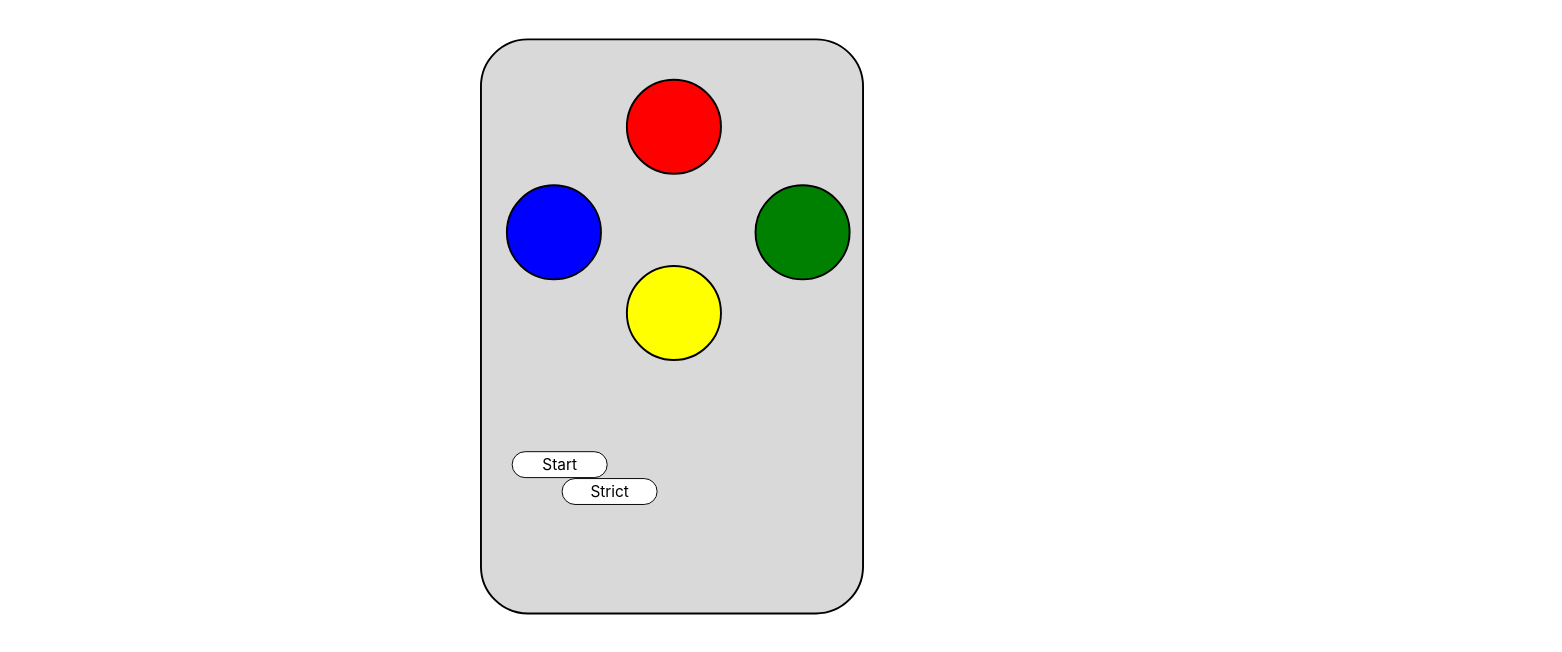
Repository: Code-Institute-Submissions/The-Simon-Game
Page: index.html
The author's editor kept a record of every edit. The page is drawn from the files as they stood at one moment, then again after the next edit.
The browser window is 1280 px wide. The page is 1280 px wide, then 1627 px, so the pictures cover 1627 px, including what lies to the right of the window. The pictures show the whole page, at 96% of full size.

Above is the page before.

### index.html
<!DOCTYPE html>
<html lang="en">

<head>
    <meta charset="UTF-8">
    <meta name="viewport" content="width=device-width, initial-scale=1.0">
    <meta http-equiv="X-UA-Compatible" content="ie=edge">
    <link rel="stylesheet" href="https://stackpath.bootstrapcdn.com/bootstrap/4.3.1/css/bootstrap.min.css" integrity="sha384-ggOyR0iXCbMQv3Xipma34MD+dH/1fQ784/j6cY/iJTQUOhcWr7x9JvoRxT2MZw1T" crossorigin="anonymous">
    <link rel="stylesheet" href="css/style.css" type="text/css" />
    <title>Simon The Memory Game</title>
</head>

<body>
    <!-- Panel -->
    <section class="panel">
        <div class="panel-overlay">
            <div class="row">
                <!-- Color buttons -->
                <div class="column col-4 col-sm-4">
                    <div class="blue"></div>
                </div>
                <div class="column col-4 col-sm-4">
                    <div class="red"></div>
                    <div class="yellow"></div>
                </div>
                <div class="column col-4 col-sm-4">
                    <div class="green"></div>
                </div>
                <!-- Start and Strict Buttons -->
                <div class="continer">
                <div class="row">
                    <div class="column col-4 col-sm-4">
                        <button class="start_button">Start</button>
                        <button class="strict_button">Strict</button>
                    </div>
                </div>
            </div>
        </div>
        </div>
    </section>
</body>

</html>

### css/style.css
/*--  Panel  --*/

.panel {
    height: 600px;
    width: 400px;
    margin: 40px;
    margin-left: 500px;
    border-radius: 50px;
    background-color: #d9d9d9;
    border: 2px solid black;
}

/*--  Color Button  --*/

.yellow {
    height: 100px;
    width: 100px;
    margin: 94px;
    margin-left: 8px;
    background-color: yellow;
    border-radius: 75px;
    border: 2px solid black;
}

.red {
    height: 100px;
    width: 100px;
    margin: 40px;
    margin-left: 8px;
    background-color: red;
    border-radius: 75px;
    border: 2px solid black;
}

.blue {
    height: 100px;
    width: 100px;
    margin: 150px;
    margin-left: 25px;
    background-color: blue;
    border-radius: 75px;
    border: 2px solid black;
}

.green {
    height: 100px;
    width: 100px;
    margin: 150px;
    margin-left: 0px;
    background-color: green;
    border-radius: 75px;
    border: 2px solid black;
}

/*-- Start Button --*/

.container {
    display: inline-block;
    position: absolute;
    margin-top: 400px;
}

.start_button {
    width: 100px;
    margin-left: 46px;
    border-radius: 50px;
    border: 1px solid black;
    background-color: white;
}

/*-- Strict Button --*/

.strict_button {
    width: 100px;
    margin-left: 98px;
    border-radius: 50px;
    border: 1px solid black;
    background-color: white;
}

/*-- On and Off Switch --*/

After the next edit:
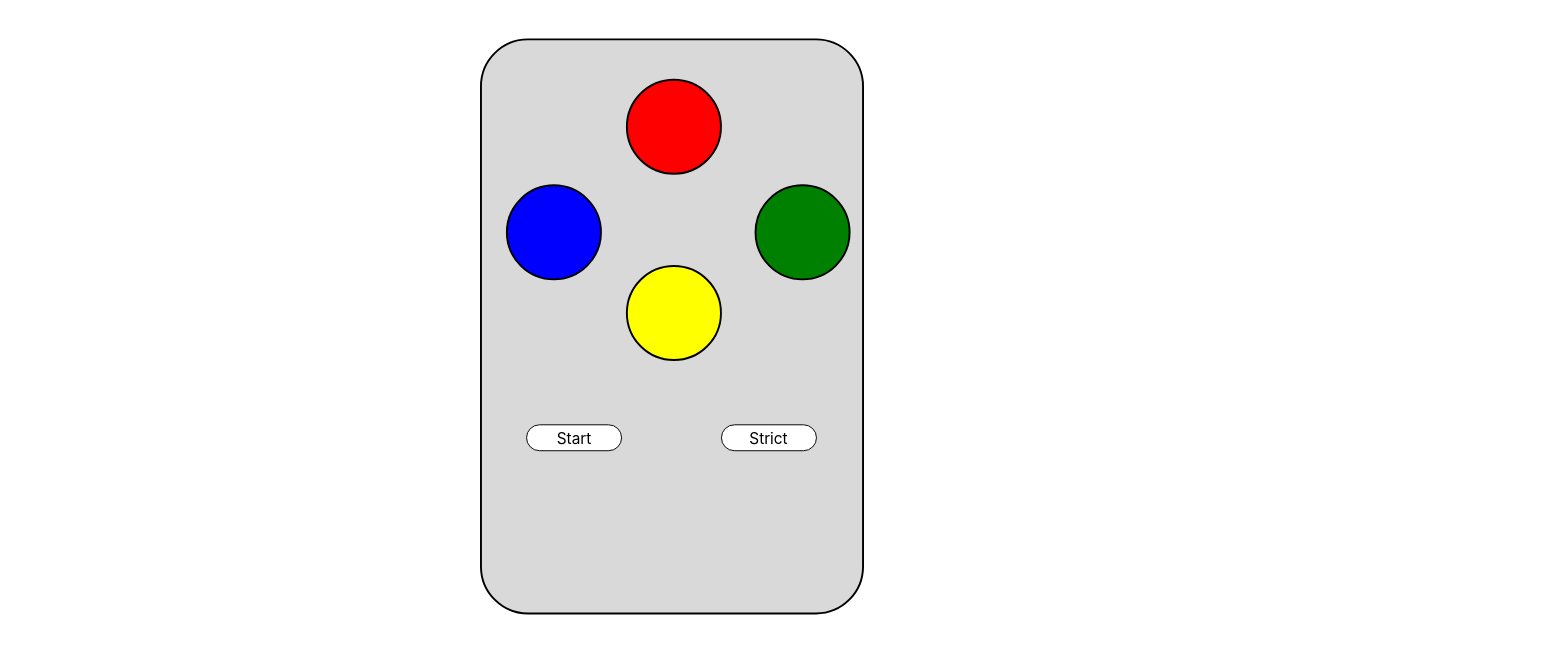
The edit:
--- a/index.html
+++ b/index.html
@@ -27,11 +27,12 @@
                     <div class="green"></div>
                 </div>
                 <!-- Start and Strict Buttons -->
-                <div class="continer">
-                <div class="row">
-                    <div class="column col-4 col-sm-4">
-                        <button class="start_button">Start</button>
-                        <button class="strict_button">Strict</button>
+                <div class="container">
+                    <div class="row">
+                        <div class="column col-4 col-sm-4">
+                            <button class="start_button">Start</button>
+                            <button class="strict_button">Strict</button>
+                        </div>
                     </div>
                 </div>
             </div>
